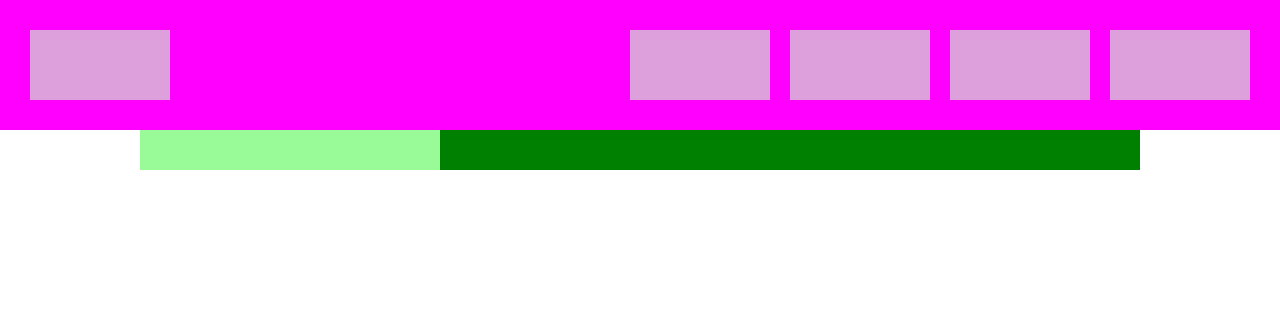
Repository: papisi-zu/book1
Page: flex/flex.html
The author's editor kept a record of every edit. The page is drawn from the files as they stood at one moment, then again after the next edit.
The browser window is 1280 px wide. The pictures show the whole page.

Above is the page before.

After the next edit:
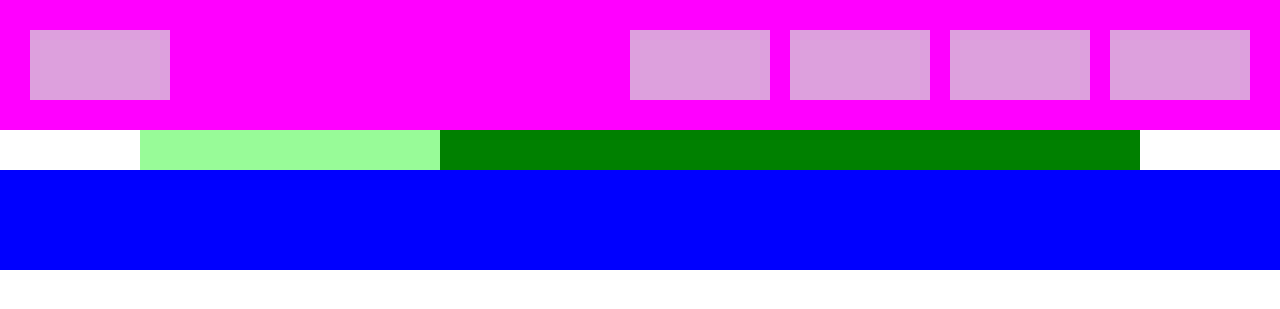
The edit:
--- a/flex/flex.html
+++ b/flex/flex.html
@@ -28,5 +28,10 @@
         <div></div>
       </div>
     </main>
+    <footer>
+      <div></div>
+      <div></div>
+      <div></div>
+    </footer>
   </body>
 </html>
